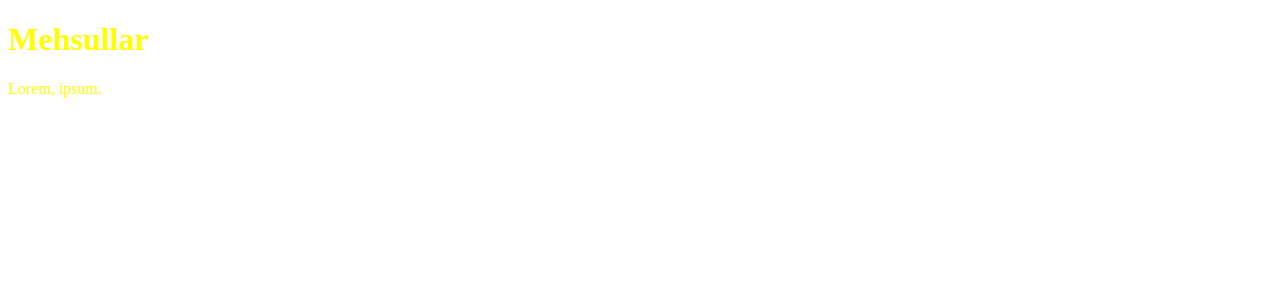
Repository: AytacSafarova/task-111
Page: index.html
An editor plug-in stored every save of this project. The page is shown before and after the next save, followed by the edit.
The browser window is 1280 px wide. The pictures show the whole page.

Above is the page before, as saved 2023-09-25 11:20:50.

After the next save:
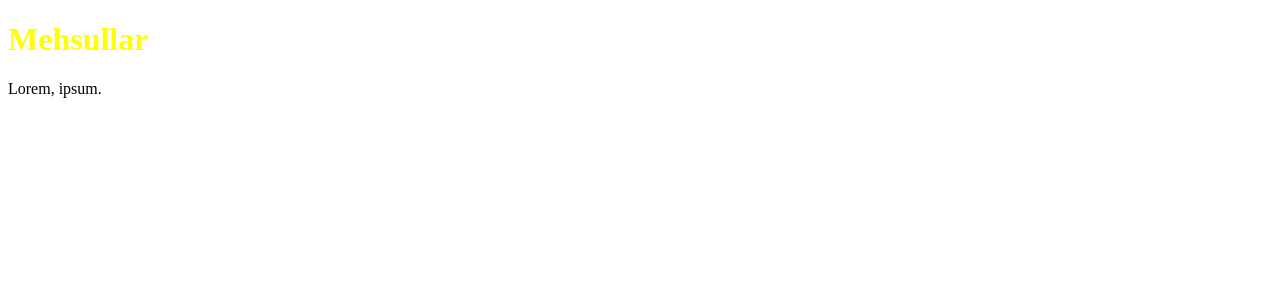
Saved 72 s later.
--- a/index.html
+++ b/index.html
@@ -16,6 +16,6 @@
 </style>
 <body>
 <h1 class="text bold-text">Mehsullar</h1>
-<p class="text">Lorem, ipsum.</p>
+<p class="">Lorem, ipsum.</p>
 </body>
 </html>

After the 2 saves that followed:
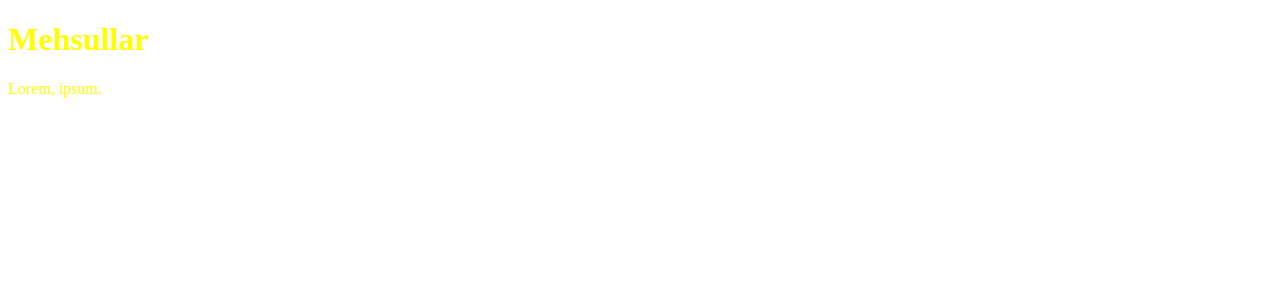
The 2 saves are shown as one change because 1 left the picture as it was.
The last was saved 19 s later.
--- a/index.html
+++ b/index.html
@@ -16,6 +16,6 @@
 </style>
 <body>
 <h1 class="text bold-text">Mehsullar</h1>
-<p class="">Lorem, ipsum.</p>
+<p class="text new">Lorem, ipsum.</p>
 </body>
 </html>
